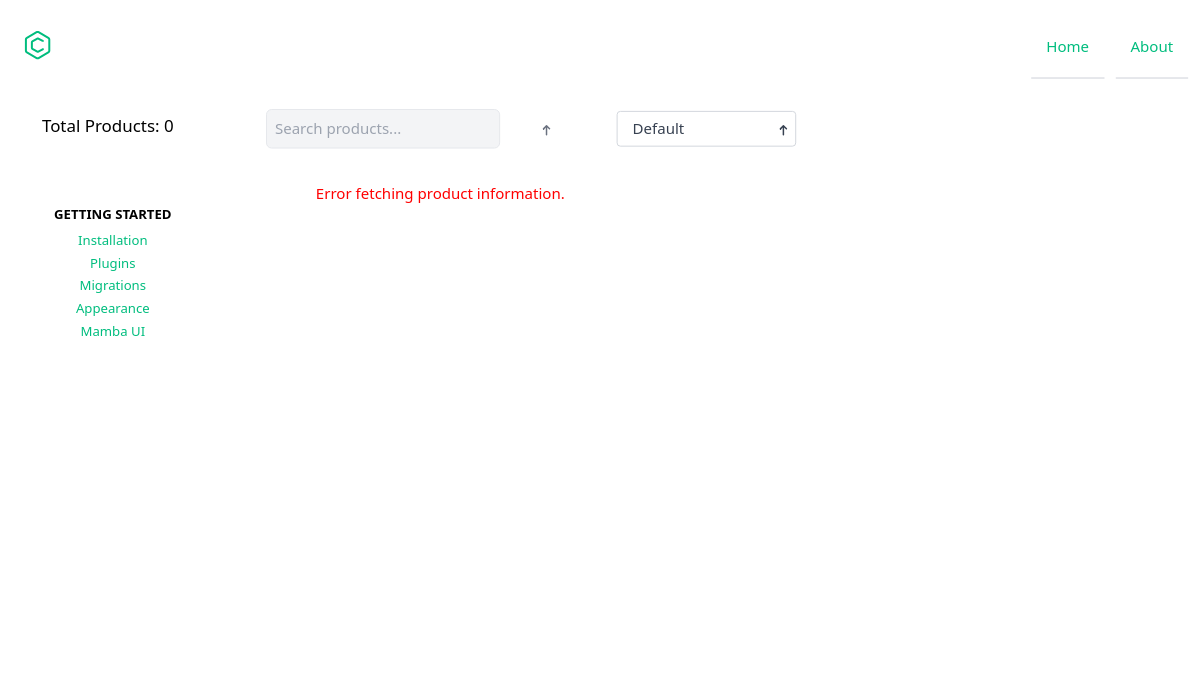
Repository: loktioncode/vectra-shop
Page: /
The author's editor kept a copy of each file at every save. The page is drawn from the files as they stood at one save, then again after the next save.
The browser window is 1280 px wide. The pictures show the whole page, at 94% of full size.
The page's requests for data from a server got no answer. The project was rebuilt for these pictures with package versions that can differ from the ones it lists, and the page was loaded fresh each time. No one was signed in, and anything a server would have sent is missing. Also part of the build but not shown: vite.config.ts, src/components/ProductCard.vue. Imported but missing from the stored project, and not drawn on this page: src/components/Counter.vue.

Above is the page before, as saved 2023-09-20 17:10:58.

After the next save:
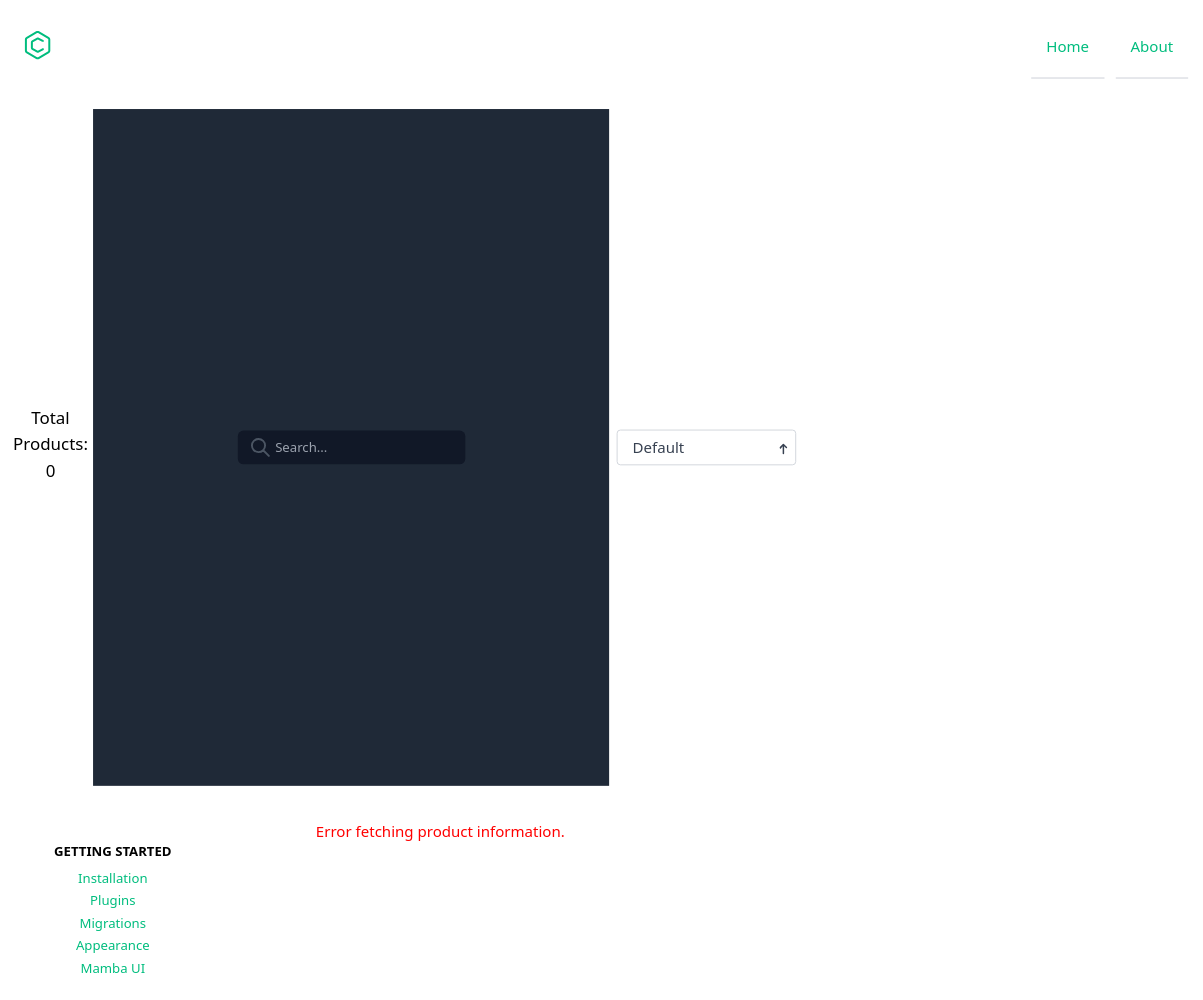
Saved 118 s later.
--- a/src/components/Filters.vue
+++ b/src/components/Filters.vue
@@ -32,22 +32,18 @@
             </div>
 
             <!-- Search Form -->
-            <div class="flex items-center w-7/12">
-                <div class="relative w-full">
-                    <input v-model="searchTerm" id="search" type="text" placeholder="Search products..."
-                        class="w-full md:w-auto border p-2 rounded-md focus:outline-none focus:ring focus:border-blue-300 bg-gray-100" />
-                    <button @click="executeSearch"
-                        class="absolute inset-y-0 right-0 flex items-center justify-center px-2 text-gray-500 cursor-pointer">
-                        <svg class="fill-current h-4 w-4" xmlns="http://www.w3.org/2000/svg" viewBox="0 0 20 20">
-                            <path
-                                d="M8.293 11.293a1 1 0 001.414 0L12 8.414V18a1 1 0 102 0V8.414l2.293 2.293a1 1 0 101.414-1.414l-4-4a1 1 0 00-1.414 0l-4 4a1 1 0 000 1.414z" />
-                        </svg>
-                    </button>
-                </div>
-                <button @click="clearSearch" v-if="searchTerm" class="text-red-500 hover:text-red-700 focus:outline-none">
-                    Clear
-                </button>
-            </div>
+            <div class="flex items-center justify-center w-screen h-screen bg-gray-800">
+  <form method="GET">
+    <div class="relative text-gray-600 focus-within:text-gray-400">
+      <span class="absolute inset-y-0 left-0 flex items-center pl-2">
+        <button type="submit" class="p-1 focus:outline-none focus:shadow-outline">
+          <svg fill="none" stroke="currentColor" stroke-linecap="round" stroke-linejoin="round" stroke-width="2" viewBox="0 0 24 24" class="w-6 h-6"><path d="M21 21l-6-6m2-5a7 7 0 11-14 0 7 7 0 0114 0z"></path></svg>
+        </button>
+      </span>
+      <input type="search" name="q" class="py-2 text-sm text-white bg-gray-900 rounded-md pl-10 focus:outline-none focus:bg-white focus:text-gray-900" placeholder="Search..." autocomplete="off">
+    </div>
+  </form>
+</div>
         </div>
 
         <!-- Sort Dropdown -->

After the 2 saves that followed:
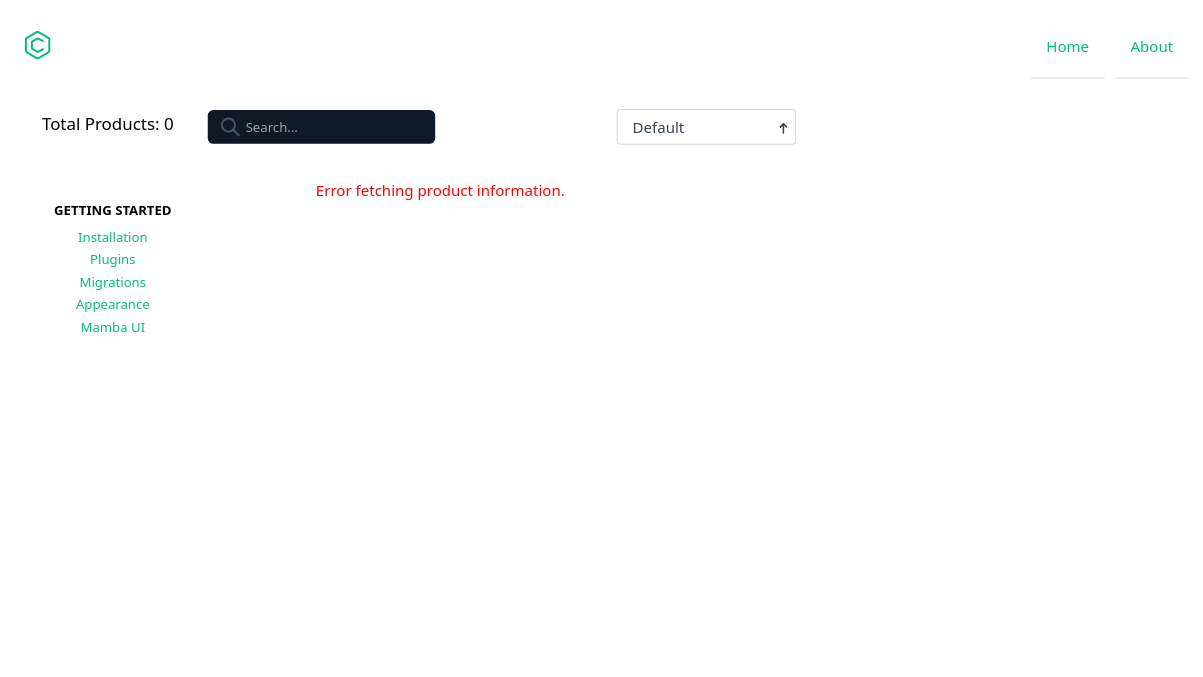
The 2 saves are shown as one change because 1 left the picture as it was.
The last was saved 39 s later.
--- a/src/components/Filters.vue
+++ b/src/components/Filters.vue
@@ -32,8 +32,8 @@
             </div>
 
             <!-- Search Form -->
-            <div class="flex items-center justify-center w-screen h-screen bg-gray-800">
-  <form method="GET">
+
+
     <div class="relative text-gray-600 focus-within:text-gray-400">
       <span class="absolute inset-y-0 left-0 flex items-center pl-2">
         <button type="submit" class="p-1 focus:outline-none focus:shadow-outline">
@@ -42,8 +42,8 @@
       </span>
       <input type="search" name="q" class="py-2 text-sm text-white bg-gray-900 rounded-md pl-10 focus:outline-none focus:bg-white focus:text-gray-900" placeholder="Search..." autocomplete="off">
     </div>
-  </form>
-</div>
+
+
         </div>
 
         <!-- Sort Dropdown -->
